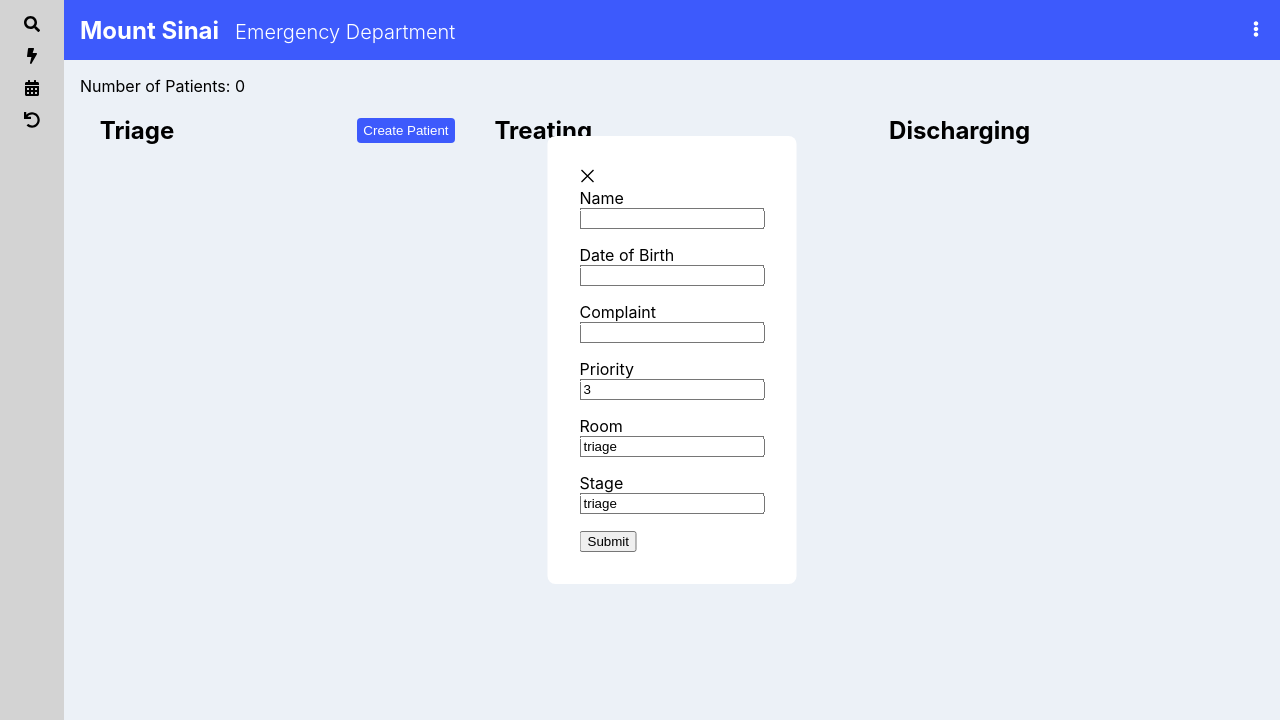
Repository: kosenijr/triage-app
Page: /, after clicking the first element matching `button.App_61351_triage-header-button`
The author's editor kept a copy of each file at every save. The page is drawn from the files as they stood at one save, then again after a run of saves.
The browser window is 1280 px wide. The pictures show the whole page.
The page's requests for data from a server got no answer. The project was rebuilt for these pictures with package versions that can differ from the ones it lists, and the page was loaded fresh each time. No one was signed in, and anything a server would have sent is missing. Also part of the build but not shown: src/styles/PatientCard.module.css, src/components/PatientCard.js.

Above is the page before, as saved 2022-11-17 12:49:33.

### src/App.js
import React, { useEffect, useState } from 'react';
import { FaEllipsisV, FaSearch, FaBolt, FaCalendarAlt, FaUndo } from "react-icons/fa";
import styles from '../src/styles/App.module.css'
import '../src/styles/Global.module.css'
import { ROUTES } from '../src/constants'
import PatientCard from './components/PatientCard'
import Modal from './components/Modal'

const log = console.log;

function App() {

  const [patientRecords, setPatientRecords] = useState([]);
  const [numOfPatients, setNumOfPatients] = useState(0);
  const [isModalOpen, setIsModalOpen] = useState(false);



  useEffect(() => {
    fetch(ROUTES['GET_ALL_PATIENTS'])
      .then(res => res.json())
      .then(res => setPatientRecords(res))
  }, []);

  useEffect(() => {
    setNumOfPatients(patientRecords.length);
  }, [patientRecords]);

  const onRoomAssignment = (patient, room) => {
    // const oldPatientRecord = patient;
    const newPatientRecord = {
      id: patient.id,
      name: patient.name,
      dob: patient.dob,
      complaint: patient.complaint,
      priority: patient.priority,
      room: patient.room,
      stage: 'treating'
    }


    setPatientRecords(patientRecords.map((record) => {
      if (record.id === patient.id) {
        record.room = room;
        record.stage = 'treating';
      }
      return record;
    }));

    const requestOptions = {
      method: 'PUT',
      body: JSON.stringify(newPatientRecord),
    };

    fetch(ROUTES['GET_EACH_PATIENT'], requestOptions)
      .then(result => result.json())
      .catch(error => console.log('error', error));
  }

  const onCreatePatient = (patient) => {
    const requestOptions = {
      method: 'POST',
      body: JSON.stringify(patient),
    };

    fetch(ROUTES['GET_EACH_PATIENT'], requestOptions)
      .then(result => result.json())
      .then(patient => console.log(patient))
      .then(patient => setPatientRecords([...patientRecords, patient]))
      .catch(error => console.log('error', error));
  }


  const onStartDischarge = (patient) => {
    const newPatientRecord = {
      id: patient.id,
      name: patient.name,
      dob: patient.dob,
      complaint: patient.complaint,
      priority: patient.priority,
      room: 'discharging-room',
      stage: 'discharging'
    }


    setPatientRecords(patientRecords.map((record) => {
      if (record.id === patient.id) {
        record.room = 'discharging-room';
        record.stage = 'discharging';
      }
      return record;
    }));

    const requestOptions = {
      method: 'PUT',
      body: JSON.stringify(newPatientRecord),
    };

    fetch(ROUTES['GET_EACH_PATIENT'], requestOptions)
      .then(result => result.json())
      .then(result => console.log(result))
      .catch(error => console.log('error', error));


  }

  const onCompleteDischarge = (patient) => {
    setPatientRecords(patientRecords.filter((record) => record.id !== patient.id));

    const requestOptions = {
      method: 'DELETE',
    };

    fetch(`${ROUTES['GET_EACH_PATIENT']}/${patient.id}`, requestOptions)
      .then(result => result.json())
      .then(result => console.log(result))
      .catch(error => console.log('error', error));

  }
  return (
    <div className={styles['App']}>
      <div className={styles['left-nav']}>
        <FaSearch className='mb-4 mt-4' />
        <FaBolt className='mb-4' />
        <FaCalendarAlt className='mb-4' />
        <FaUndo className='mb-4' />
      </div>
      <div className={styles['right-content']}>
        {isModalOpen && <Modal onCreatePatient={onCreatePatient} setIsModalOpen={setIsModalOpen} />}
        <header className={styles['header']}>
          <div>
            <span className={styles['title']}>Mount Sinai</span>
            <span className={styles['sub-title']}>Emergency Department</span>
          </div>
          <div>
            <FaEllipsisV />

          </div>
        </header>
        <div className={styles['patient-content']}>
          <div><span>Number of Patients: </span><span>{numOfPatients}</span></div>

          <div className={styles['processing']}>
            <div className={styles['process-columns']}>
              <div className={styles['triage-header']}>
                <h2>Triage</h2>
                <button className={styles['triage-header-button']} onClick={() => setIsModalOpen(!isModalOpen)}>Create Patient</button>
              </div>
              {patientRecords.map((patient, index) => {
                // log(patient)
                if (patient?.stage === 'triage') {
                  return (
                    <PatientCard key={index} patient={patient} updateRoomAssignment={onRoomAssignment} />
                  )
                }

              })}
            </div>
            <div className={styles['process-columns']}>
              <h2>Treating</h2>
              {patientRecords.map((patient, index) => {
                // log(patient.name, patient.stage);
                if (patient?.stage === 'treating') {
                  return (
                    <PatientCard key={index} patient={patient} updateRoomAssignment={onRoomAssignment} onStartDischarge={onStartDischarge} />
                  )
                }

              })}

            </div>
            <div className={styles['process-columns']}>
              <h2>Discharging</h2>
              {patientRecords.map((patient, index) => {

                if (patient?.stage === 'discharging') {
                  return (
                    <PatientCard key={index} patient={patient} updateRoomAssignment={onRoomAssignment} onCompleteDischarge={onCompleteDischarge} />
                  )
                }

              })}
            </div>
          </div>
        </div>
      </div>
    </div>
  );
}

export default App;

// styles is a regular object

### src/styles/App.module.css
.App {
  height: 100vh;
  width: 100vw;
  display: relative;
  overflow-y: hidden;
}

.left-nav {
  display: none;
}

.right-content {
  position: relative;
}

.patient-content {
  background-color: #ecf1f7;
  height: content-box;
  overflow-y: scroll;
  position: absolute;
  top: 60px;
  right: 0;
  left: 0;
  bottom: 0;
  padding: 1rem 1rem 4rem 1rem;
}

.header {
  display: flex;
  justify-content: space-between;
  align-items: center;
  /* height: 100px; */
  background-color: #3d5afc;
  color: white;
  padding: 1rem;
}

.triage-header {
  display: flex;
  align-items: center;
  justify-content: space-between;
}

.triage-header-button {
  background-color: #3d5afc;
  color: white;
  border: none;
  border-radius: 4px;
  padding: 0.3rem 0.4rem;
  cursor: pointer;
}

.title {
  font-size: 24px;
  font-weight: 700;
}

.sub-title {
  display: block;
  font-size: 20px;
  font-weight: 300;
}

.patient-card {
  max-width: 400px;
}

@media screen and (min-width: 700px) {
  .sub-title {
    display: initial;
    padding-left: 1rem;
  }
}

@media screen and (min-width: 768px) {
  .processing {
    display: flex;
    justify-content: space-around;
  }

  .process-columns {
    width: 30%;
  }
}

@media screen and (min-width: 800px) {
  .App {
    display: flex;
  }

  .left-nav {
    background-color: lightgray;
    display: flex;
    flex-direction: column;
    width: 5%;
    align-items: center;
  }

  .right-content {
    width: 95%;
  }
}

### src/styles/Global.module.css
:global(.mb-4) {
  margin-bottom: 1rem;
}

:global(.mt-4) {
  margin-top: 1rem;
}

:global(.font-bold) {
  font-weight: 700;
}

### src/constants.js
const BASE_URL = 'https://cw4ccp3r5d.execute-api.us-east-2.amazonaws.com';
const ENV = '/Prod';
export const ROUTES = {
    GET_ALL_PATIENTS: `${BASE_URL}${ENV}/patients`,

}

### src/components/Modal.js
import React, { useState } from 'react'
import styles from '../styles/Modal.module.css'
import { GrClose } from "react-icons/gr";



export default function Modal({ onCreatePatient, setIsModalOpen }) {
    const [name, setName] = useState('');
    const [dob, setDOB] = useState('');
    const [complaint, setComplaint] = useState('');
    const [priority, setPriority] = useState(3);
    const [room, setRoom] = useState('triage');
    const [stage, setStage] = useState('triage');


    const onSubmit = (e) => {
        e.preventDefault();
        const patient = {
            name,
            dob,
            complaint,
            priority,
            room,
            stage
        }
        onCreatePatient(patient);
    }

    return (
        <div className={styles['modal']}>
            < GrClose className={styles['cancel-modal']} onClick={() => setIsModalOpen(false)} />
            <form action="">
                <div className={styles['input-group']}>
                    <label htmlFor="name">Name</label>
                    <input type="text" value={name} id="name" onChange={(e) => setName(e.target.value)} />
                </div>

                <div className="{styles['input-group']">
                    <label htmlFor="dob">Date of Birth</label>
                    <input type="text" value={dob} onChange={(e) => setDOB(e.target.value)} />
                </div>

                <div className="{styles['input-group']">
                    <label htmlFor="complaint">Complaint</label>
                    <input type="text" value={complaint} onChange={(e) => setComplaint(e.target.value)} />
                </div>

                <div className="{styles['input-group']">
                    <label htmlFor="priority">Priority</label>
                    <input type="text" value={priority} onChange={(e) => setPriority(e.target.value)} />
                </div>

                <div className="{styles['input-group']">
                    <label htmlFor="room">Room</label>
                    <input type="text" value={room} onChange={(e) => setRoom(e.target.value)} />
                </div>

                <div className="{styles['input-group']">
                    <label htmlFor="stage">Stage</label>
                    <input type="text" value={stage} onChange={(e) => setStage(e.target.value)} />
                </div>

                <button onClick={(e) => onSubmit(e)}>Submit</button>
            </form>
        </div>

    )
}

### src/styles/Modal.module.css
.modal {
  position: absolute;
  top: 50%;
  left: 50%;
  transform: translate(-50%, -50%);

  background-color: white;
  padding: 2rem;
  border-radius: 0.5rem;
  z-index: 1;
}

.modal form input {
  display: block;
  margin-bottom: 1rem;
}

.cancel-modal {
  cursor: pointer;
}

Loaded but not shown: public/index.html (common file); src/index.js (common file); src/index.css (common file); src/reportWebVitals.js (common file)

After the next 2 saves:
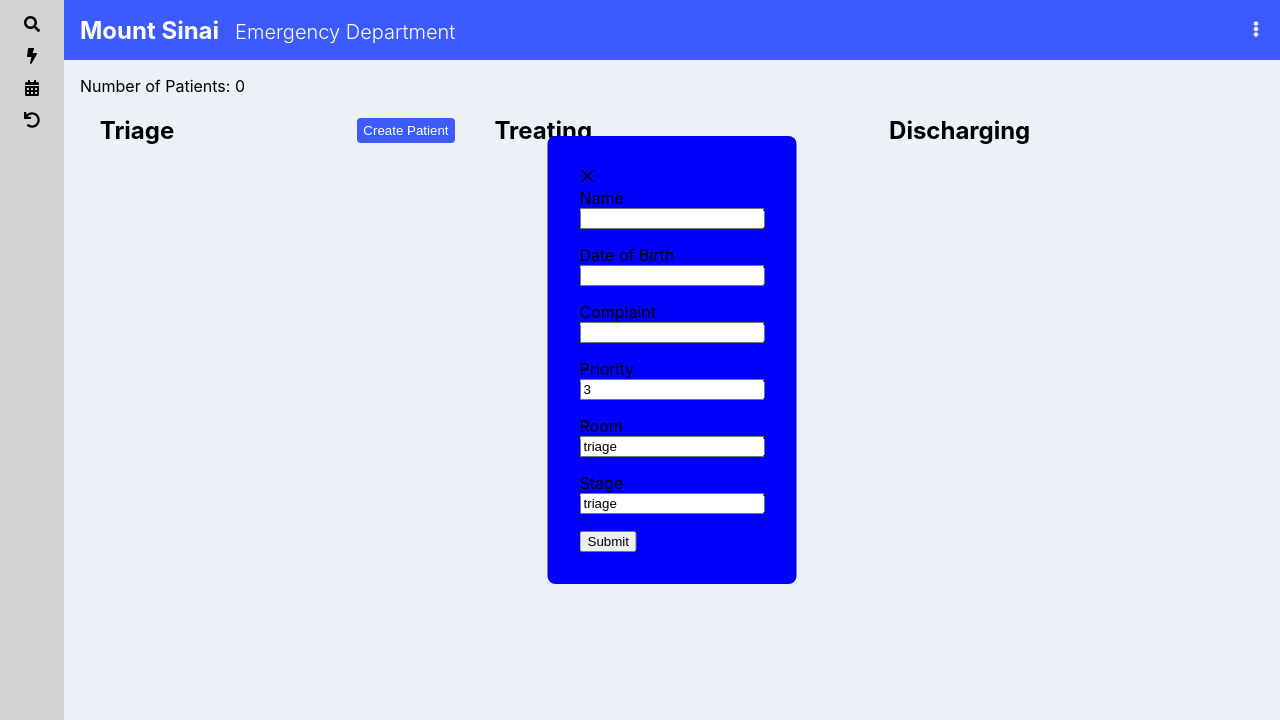
The 2 saves are shown as one change because they came seconds apart.
The last was saved 9 s later.
--- a/src/styles/Modal.module.css
+++ b/src/styles/Modal.module.css
@@ -4,7 +4,7 @@
   left: 50%;
   transform: translate(-50%, -50%);
 
-  background-color: white;
+  background-color: blue;
   padding: 2rem;
   border-radius: 0.5rem;
   z-index: 1;
